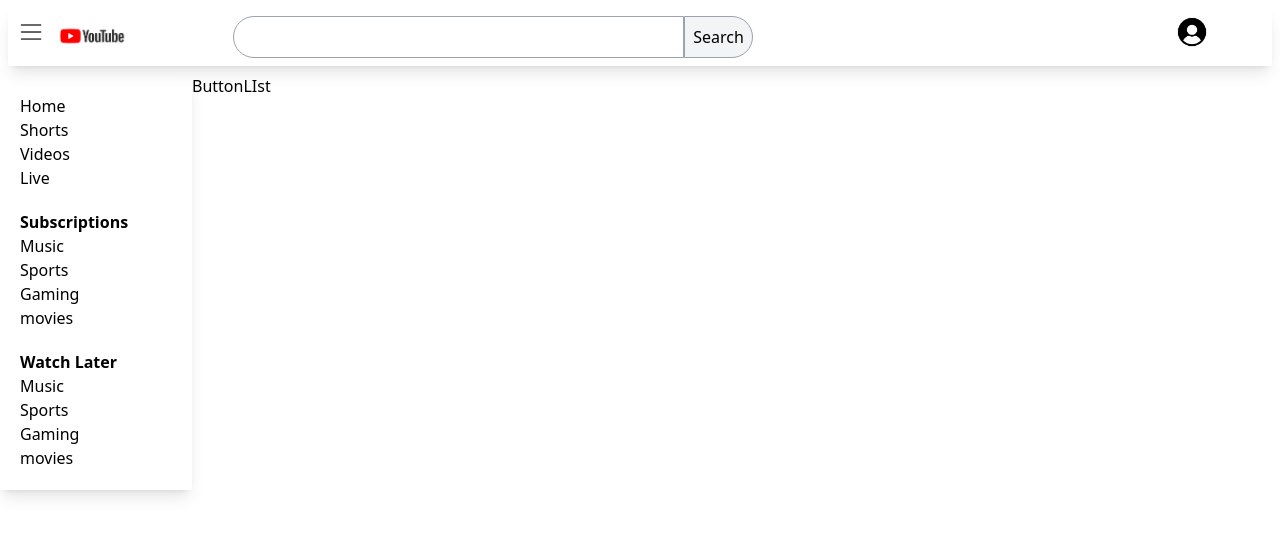
Repository: AmolPawar7181/namaste-youtube
Page: /
An editor plug-in stored every save of this project. The page is shown before and after the next save, followed by the edit.
The browser window is 1280 px wide. The pictures show the whole page.
The page's requests for data from a server got no answer. The project was rebuilt for these pictures with package versions that can differ from the ones it lists, and the page was loaded fresh each time. No one was signed in, and anything a server would have sent is missing. Also part of the build but not shown: vite.config.ts, src/components/VideoCard.tsx, src/components/Watch.tsx.

Above is the page before, as saved 2023-03-24 18:56:48.

After the next save:
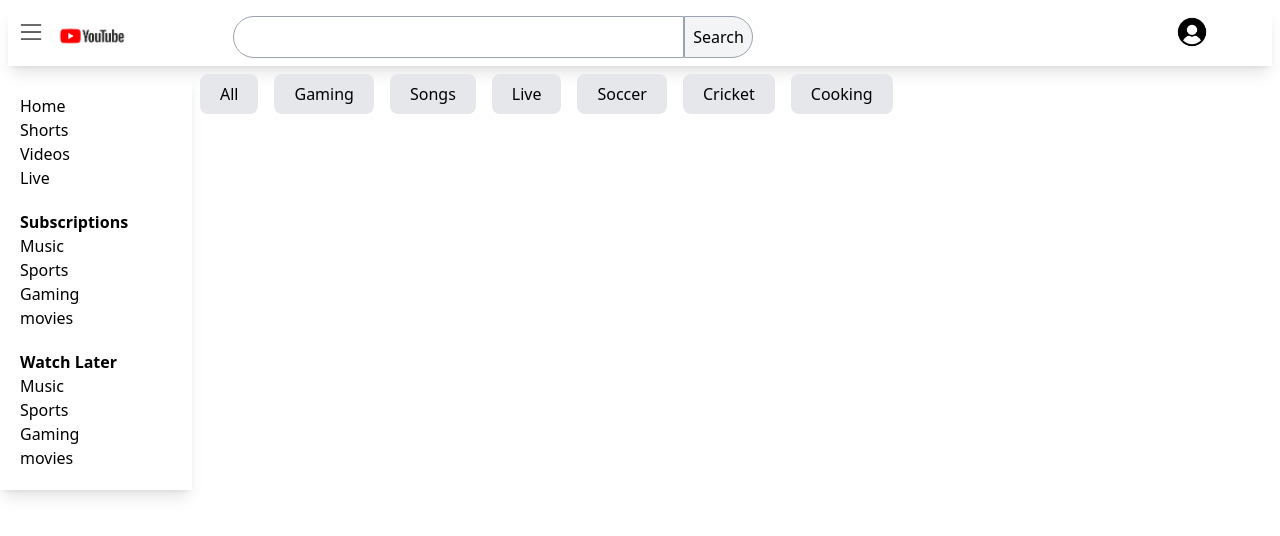
Saved 2 days later.
--- a/src/components/MainContainer.tsx
+++ b/src/components/MainContainer.tsx
@@ -1,5 +1,5 @@
 import React from 'react';
-import ButtonList from './ButtonLIst';
+import ButtonList from './ButtonList';
 import VideoContainer from './VideoContainer';
 
 const MainContainer = () => {
